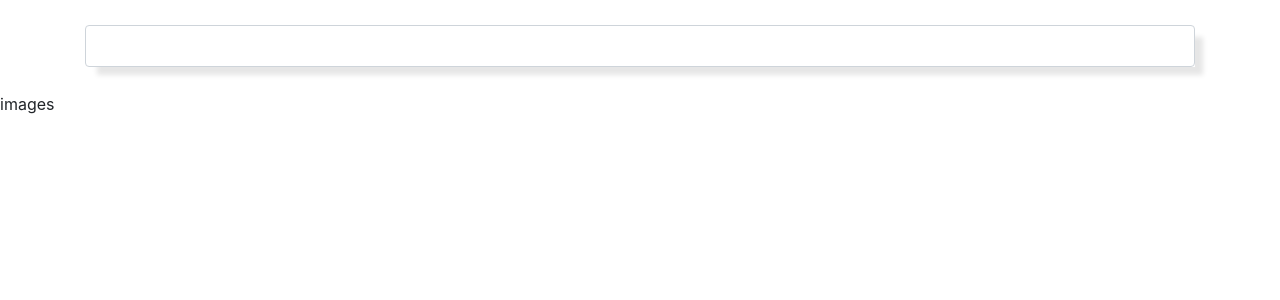
Repository: lamilekan263/photoapp
Page: /
These files come from the project's save history. The page is drawn as it stood at one moment and after the next save; the edit follows.
The browser window is 1280 px wide. The pictures show the whole page.
The project was rebuilt for these pictures with package versions that can differ from the ones it lists, and the page was loaded fresh each time. Also part of the build but not shown: src/components/images/images.js.

Above is the page before, as saved 2020-08-26 11:04:28.

### public/index.html
<!DOCTYPE html>
<html lang="en">
  <head>
    <meta charset="utf-8" />
    <link rel="icon" href="%PUBLIC_URL%/favicon.ico" />
    <meta name="viewport" content="width=device-width, initial-scale=1" />
    <meta name="theme-color" content="#000000" />
    <meta
      name="description"
      content="Web site created using create-react-app"
    />

    <title>photo App</title>
  </head>
  <body>
    <noscript>You need to enable JavaScript to run this app.</noscript>
    <div id="root"></div>
  </body>
</html>

### src/index.js
import React from 'react';
import  ReactDOM from 'react-dom';
import 'bootstrap/dist/css/bootstrap.min.css';
import App from './App'


ReactDOM.render(
    <App/>,
    document.getElementById('root')
);

### src/App.js
import React from 'react';
import axios from 'axios'


import ImageList from './components/imageList/imageList'
import SearchBar from './components/searchBar/searchBar'

class App extends React.Component{
    state = {
        myImages : []
    }

    submitHandler = async (term) =>{
        const response = await axios.get('https://api.unsplash.com/search/photos', {
            params:{
                query: term
            },
            headers:{
                Authorization: 'Client-ID _EmXfMw4Ntd6F7SPo61DuogZ6sF5nsEsRHfLanqGI0M'
            }
        })
        this.setState({myImages : response.data.results})
        console.log(this.state.myImages)
    }
    render(){
        return(
           <React.Fragment>
                <SearchBar onSubmit = {this.submitHandler}/>

                <ImageList imageSrc ={this.state.myImages} />
           </React.Fragment>
        )
    }
}



export default App

### src/components/imageList/imageList.js
import React from 'react';
import images from '../images/images'

const imageList = ({ imageSrc }) =>{

    return(
        <div>
            images
        </div>
    )
}

export default imageList

### src/components/searchBar/searchBar.js
import React from 'react'

import './searchBar.scss'

class SearchBar extends React.Component{
    state = {
        searchTerm : ''
    }

    onChangeHandler = (e) =>{
        this.setState({ searchTerm : e.target.value})
    }
    onSubmitHandler = (e)=>{
        e.preventDefault()
        this.props.onSubmit(this.state.searchTerm)
        this.setState({searchTerm : ''})
    }
    render(){
        return(
            <div className="container">
                <form onSubmit = {this.onSubmitHandler  }>
                    <div className="form-group">
                        <input type="text"
                        className="form-control"
                        onChange ={ this.onChangeHandler }
                        value = {this.state.searchTerm}
                        />
                    </div>
                </form>
            </div>
        )
    }

}

export default SearchBar

### src/components/searchBar/searchBar.scss
form{
    margin:25px 0;
    -webkit-box-shadow: 10px 10px 5px -2px rgba(230,230,230,1);
    -moz-box-shadow: 10px 10px 5px -2px rgba(230,230,230,1);
    box-shadow: 10px 10px 5px -2px rgba(230,230,230,1);
    .form-group{
        input{
            padding:20px;
            width: 100%;

        }
    }
}

After the next save:
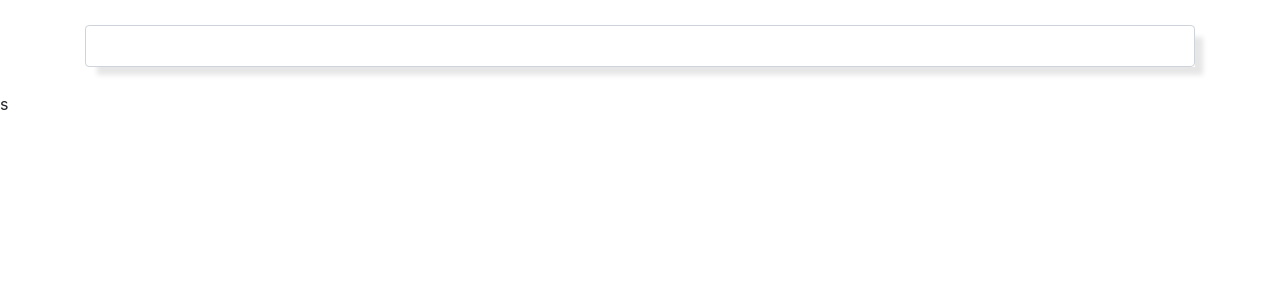
Saved 13 s later.
--- a/src/components/imageList/imageList.js
+++ b/src/components/imageList/imageList.js
@@ -5,7 +5,7 @@ const imageList = ({ imageSrc }) =>{
 
     return(
         <div>
-            images
+            s
         </div>
     )
 }
